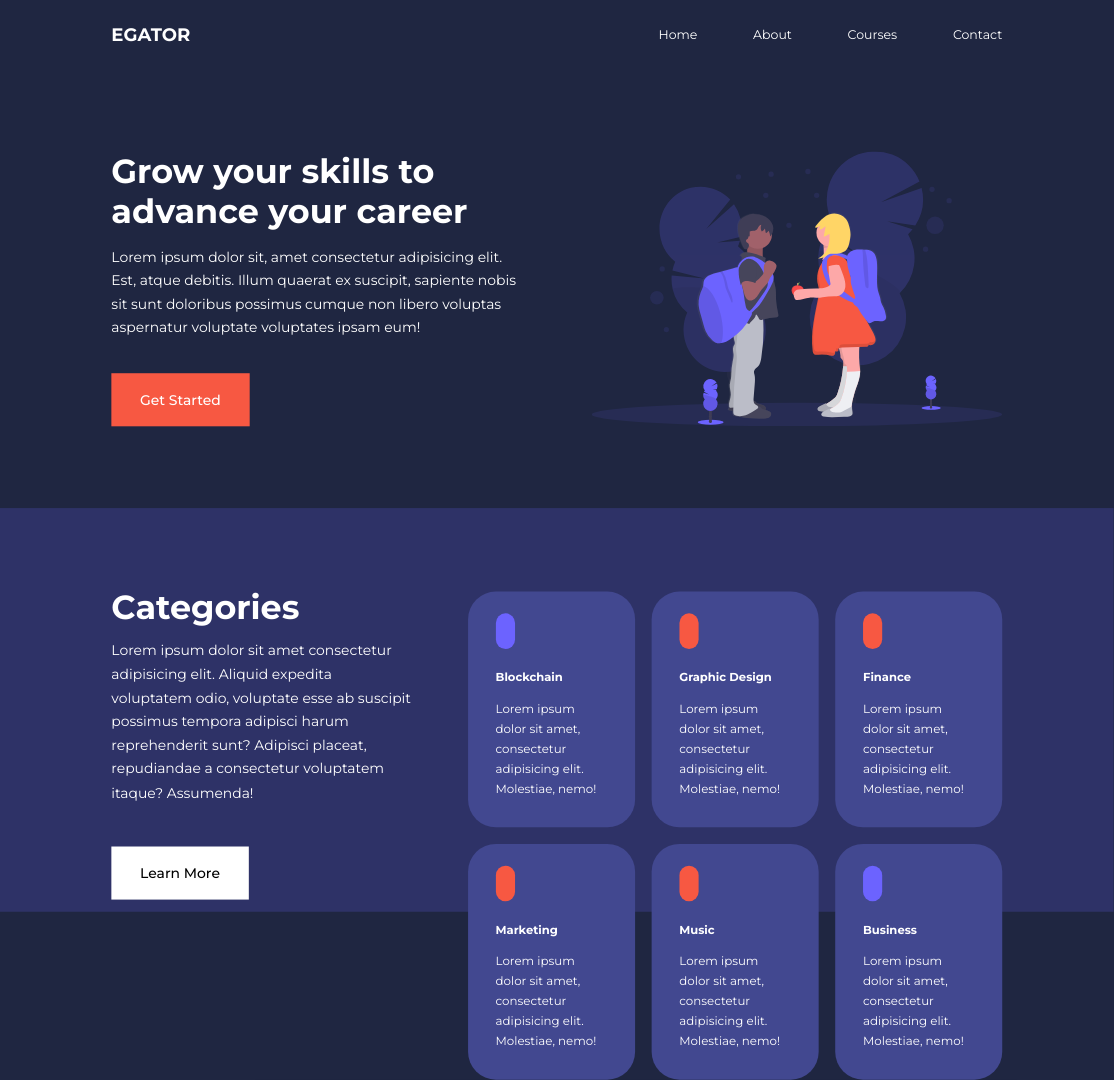
Repository: QUANGTHAI2003/education-web
Page: index.html
An editor plug-in stored every save of this project. The page is shown before and after the next save, followed by the edit.
The browser window is 1280 px wide. The pictures show the whole page, at 87% of full size.
Some icons come from a web library that is not loaded, so they are not drawn.

Above is the page before, as saved 2022-03-11 12:00:23.

### index.html
<!DOCTYPE html>
<html lang="en">
    <head>
        <meta charset="UTF-8" />
        <meta http-equiv="X-UA-Compatible" content="IE=edge" />
        <meta name="viewport" content="width=device-width, initial-scale=1.0" />
        <title>Responsive Multipage Education</title>
        <!-- ICONSCOUT CDN -->
        <link
            rel="stylesheet"
            href="https://unicons.iconscout.com/release/v2.1.6/css/unicons.css"
        />
        <!-- GOOGLE FONTS -->
        <link rel="preconnect" href="https://fonts.googleapis.com" />
        <link rel="preconnect" href="https://fonts.gstatic.com" crossorigin />
        <link
            href="https://fonts.googleapis.com/css2?family=Montserrat:wght@300;400;500;600;700;800;900&family=Poppins:wght@300;400;600&display=swap"
            rel="stylesheet"
        />

        <link rel="stylesheet" href="./css/style.css" />
    </head>
    <body>
        <nav>
            <div class="container nav__container">
                <a href="index.html">
                    <h4>EGATOR</h4>
                </a>
                <ul class="nav__menu">
                    <li><a href="index.html">Home</a></li>
                    <li><a href="about.html">About</a></li>
                    <li><a href="courses.html">Courses</a></li>
                    <li><a href="contact.html">Contact</a></li>
                </ul>
                <button id="open-menu-btn">
                    <i class="uil uil-bars"></i>
                </button>
                <button id="close-menu-btn">
                    <i class="uil uil-multiply"></i>
                </button>
            </div>
        </nav>
        <!-- END OF NAVBAR -->
        <header>
            <div class="container header__container">
                <div class="header__left">
                    <h1>Grow your skills to advance your career</h1>
                    <p>
                        Lorem ipsum dolor sit, amet consectetur adipisicing elit. Est, atque
                        debitis. Illum quaerat ex suscipit, sapiente nobis sit sunt doloribus
                        possimus cumque non libero voluptas aspernatur voluptate voluptates ipsam
                        eum!
                    </p>
                    <a href="courses.html" class="btn btn-primary">Get Started</a>
                </div>
                <div class="header__right">
                    <div class="header__right-image">
                        <img src="./images/header.svg" />
                    </div>
                </div>
            </div>
        </header>
        <!-- END OF HEADER -->
        <section class="categories">
            <div class="container categories__container">
                <div class="categories__left">
                    <h1>Categories</h1>
                    <p>
                        Lorem ipsum dolor sit amet consectetur adipisicing elit. Aliquid expedita
                        voluptatem odio, voluptate esse ab suscipit possimus tempora adipisci harum
                        reprehenderit sunt? Adipisci placeat, repudiandae a consectetur voluptatem
                        itaque? Assumenda!
                    </p>
                    <a href="#" class="btn">Learn More</a>
                </div>
                <div class="categories__right">
                    <article class="category">
                        <span class="category__icon">
                            <i class="uil uil-bitcoin-circle"></i>
                        </span>
                        <h5>Blockchain</h5>
                        <p>
                            Lorem ipsum dolor sit amet, consectetur adipisicing elit. Molestiae,
                            nemo!
                        </p>
                    </article>
                    <article class="category">
                        <span class="category__icon">
                            <i class="uil uil-palette"></i>
                        </span>
                        <h5>Graphic Design</h5>
                        <p>
                            Lorem ipsum dolor sit amet, consectetur adipisicing elit. Molestiae,
                            nemo!
                        </p>
                    </article>
                    <article class="category">
                        <span class="category__icon">
                            <i class="uil uil-usd-circle"></i>
                        </span>
                        <h5>Finance</h5>
                        <p>
                            Lorem ipsum dolor sit amet, consectetur adipisicing elit. Molestiae,
                            nemo!
                        </p>
                    </article>
                    <article class="category">
                        <span class="category__icon">
                            <i class="uil uil-megaphone"></i>
                        </span>
                        <h5>Marketing</h5>
                        <p>
                            Lorem ipsum dolor sit amet, consectetur adipisicing elit. Molestiae,
                            nemo!
                        </p>
                    </article>
                    <article class="category">
                        <span class="category__icon">
                            <i class="uil uil-music"></i>
                        </span>
                        <h5>Music</h5>
                        <p>
                            Lorem ipsum dolor sit amet, consectetur adipisicing elit. Molestiae,
                            nemo!
                        </p>
                    </article>
                    <article class="category">
                        <span class="category__icon">
                            <i class="uil uil-puzzle-piece"></i>
                        </span>
                        <h5>Business</h5>
                        <p>
                            Lorem ipsum dolor sit amet, consectetur adipisicing elit. Molestiae,
                            nemo!
                        </p>
                    </article>
                </div>
            </div>
        </section>
    </body>
</html>

### css/style.css
* {
    margin: 0;
    padding: 0;
    border: 0;
    outline: 0;
    text-decoration: none;
    list-style: none;
    box-sizing: border-box;
}

:root {
    --color-primary: #6c63ff;
    --color-success: #00bf8e;
    --color-warning: #f7c94b;
    --color-danger: #f75842;
    --color-danger-variant: rgba(247, 88, 66, 0.4);
    --color-white: #fff;
    --color-light: rgba(255, 255, 255, 0.7);
    --color-black: #000;
    --color-bg: #1f2641;
    --color-bg1: #2e3267;
    --color-bg2: #424890;

    --container-width-lg: 80%;
    --container-width-md: 90%;
    --container-width-sm: 94%;

    --transition: all 400ms ease;
}

body {
    font-family: 'Montserrat', sans-serif;
    line-height: 1.7;
    color: var(--color-white);
    background: var(--color-bg);
}

.container {
    width: var(--container-width-lg);
    margin: 0 auto;
}

section {
    padding: 6rem 0;
}

section h2 {
    text-align: center;
    margin-bottom: 4rem;
}

h1,
h2,
h3,
h4,
h5 {
    line-height: 1.2;
}

h1 {
    font-size: 2.4rem;
}

h2 {
    font-size: 2rem;
}

h3 {
    font-size: 1.3rem;
}

h4 {
    font-size: 1.3rem;
}

a {
    color: var(--color-white);
}

img {
    width: 100%;
    display: block;
    object-fit: cover;
}

.btn {
    display: inline-block;
    background: var(--color-white);
    color: var(--color-black);
    padding: 1rem 2rem;
    border: 1px solid transparent;
    font-weight: 500;
    transition: var(--transition);
}

.btn:hover {
    background: transparent;
    color: var(--color-white);
    border-color: var(--color-white);
}

.btn-primary {
    background: var(--color-danger);
    color: var(--color-white);
}

/* ================= NAVBAR =================*/
nav {
    background: transparent;
    width: 100vw;
    height: 5rem;
    position: fixed;
    top: 0;
    z-index: 11;
}

.nav__container {
    height: 100%;
    display: flex;
    justify-content: space-between;
    align-items: center;
}

nav button {
    display: none;
}

.nav__menu {
    display: flex;
    align-items: center;
    gap: 4rem;
}

.nav__menu a {
    font-size: 0.9rem;
    transition: var(--transition);
}

.nav__menu a:hover {
    color: var(--color-bg2);
}

/* ================= HEADER =================*/
header {
    position: relative;
    top: 5rem;
    overflow: hidden;
    height: 70vh;
    margin-bottom: 5rem;
}

.header__container {
    display: grid;
    grid-template-columns: repeat(2, 1fr);
    align-items: center;
    gap: 5rem;
    height: 100%;
}

.header__left p {
    margin: 1rem 0 2.4rem;
}

/* ================= CATEGORIES =================*/
.categories {
    background: var(--color-bg1);
    height: 29rem;
}

.categories h1 {
    line-height: 1;
}

.categories__container {
    display: grid;
    grid-template-columns: 40% 60%;
}

.categories__left {
    margin-right: 4rem;
}

.categories__left p {
    margin: 1rem 0 3rem;
}

.categories__right {
    display: grid;
    grid-template-columns: repeat(3, 1fr);
    gap: 1.2rem;
}

.category {
    background: var(--color-bg2);
    padding: 2rem;
    border-radius: 2rem;
    transition: var(--transition);
}

.category:hover {
    box-shadow: 0 3rem 3rem rgba(0, 0, 0, 0.3);
    z-index: 1;
}

.category:nth-child(2) .category__icon {
    background: var(--color-danger);
}

.category:nth-child(3) .category__icon {
    background: var(--color-danger);
}

.category:nth-child(4) .category__icon {
    background: var(--color-danger);
}

.category:nth-child(5) .category__icon {
    background: var(--color-danger);
}

.category__icon {
    background: var(--color-primary);
    padding: 0.7rem;
    border-radius: 0.9rem;
}

.category h5 {
    margin: 2rem 0 1rem;
}

.category p {
    font-size: 0.85rem;
}

After the next save:
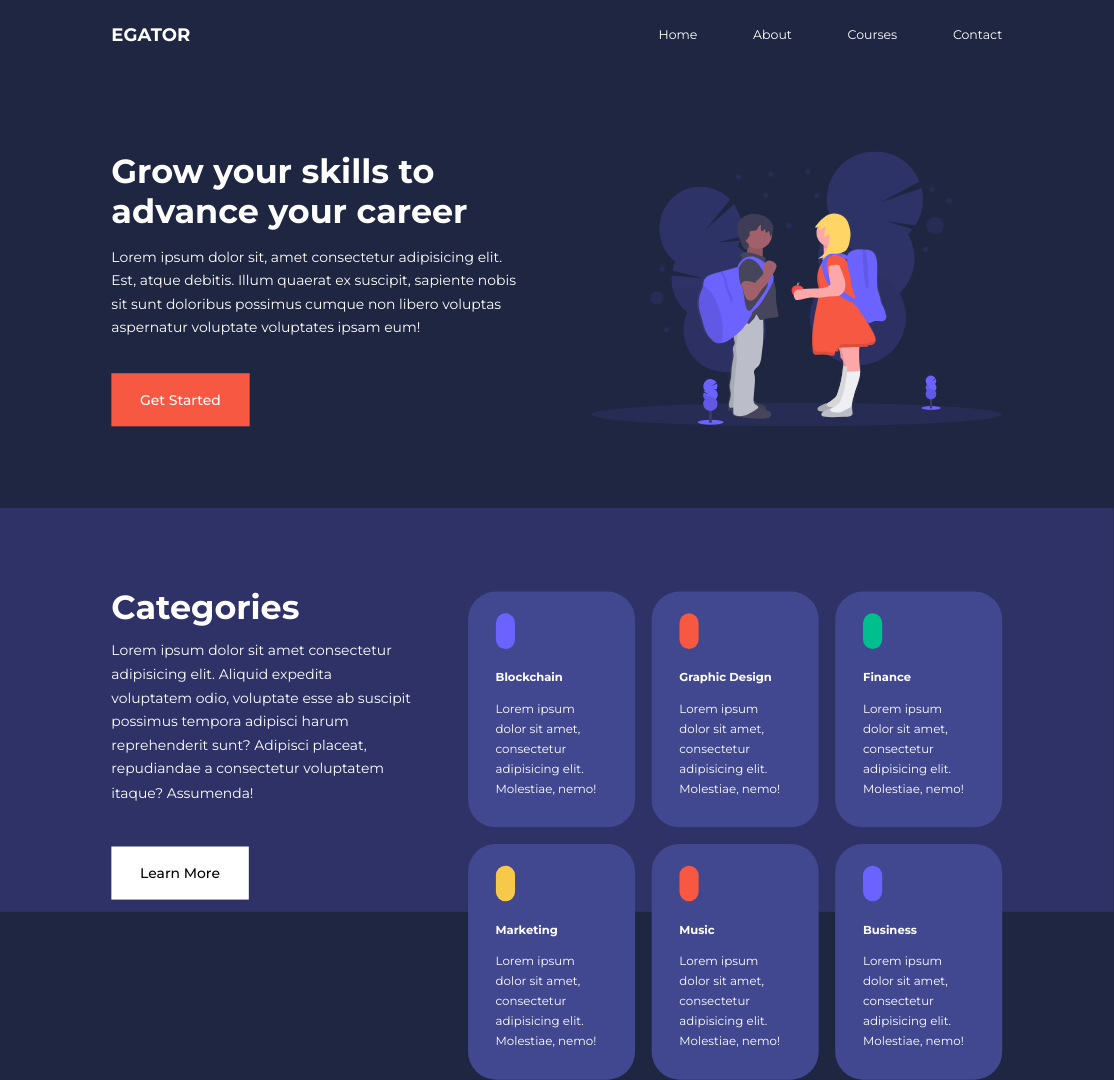
Saved 36 s later.
--- a/css/style.css
+++ b/css/style.css
@@ -207,11 +207,11 @@ header {
 }
 
 .category:nth-child(3) .category__icon {
-    background: var(--color-danger);
+    background: var(--color-success);
 }
 
 .category:nth-child(4) .category__icon {
-    background: var(--color-danger);
+    background: var(--color-warning);
 }
 
 .category:nth-child(5) .category__icon {
